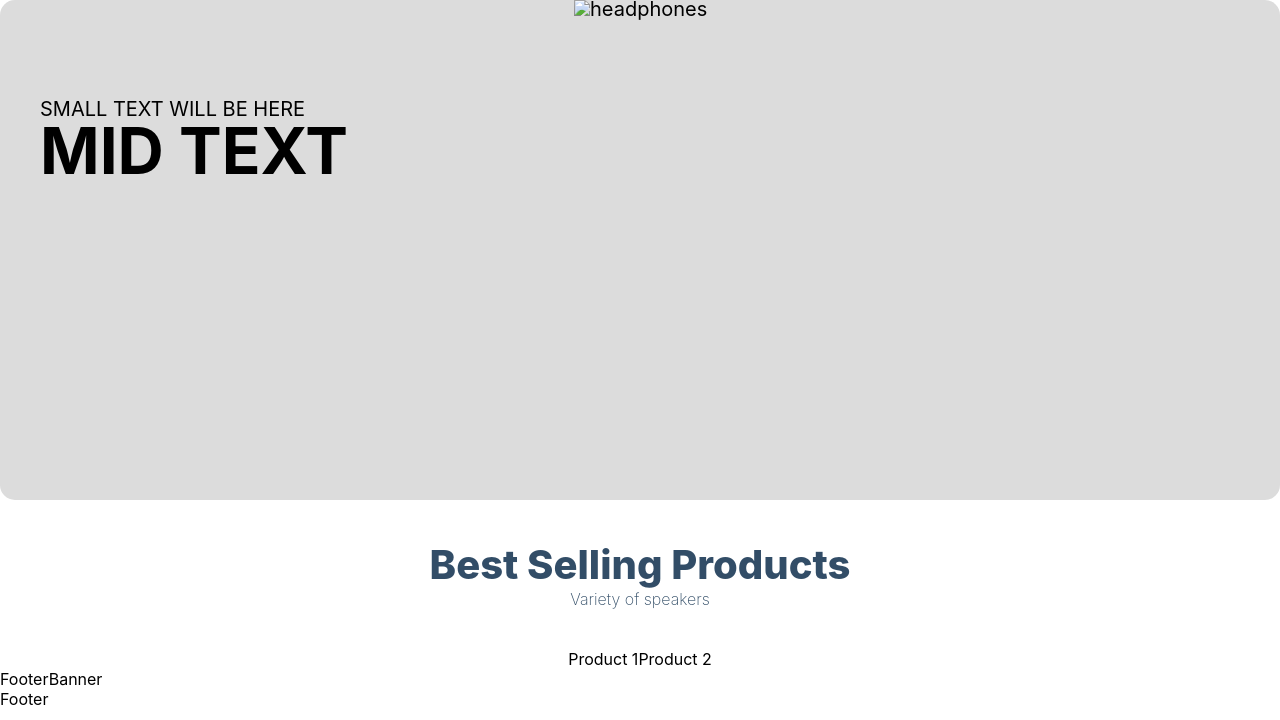
Repository: Ayush-dixit-15/AD_Headphones
Page: /
The author's editor kept a copy of each file at every save. The page is drawn from the files as they stood at one save, then again after the next save.
The browser window is 1280 px wide. The pictures show the whole page.
The project was rebuilt for these pictures with package versions that can differ from the ones it lists, and the page was loaded fresh each time. The framework's server and built-in components were replaced by stand-ins that run in the browser. Also part of the build but not shown: next.config.js, components/Layout.jsx, components/Navbar.jsx, components/Product.jsx.

Above is the page before, as saved 2022-07-20 14:27:12.

After the next save:
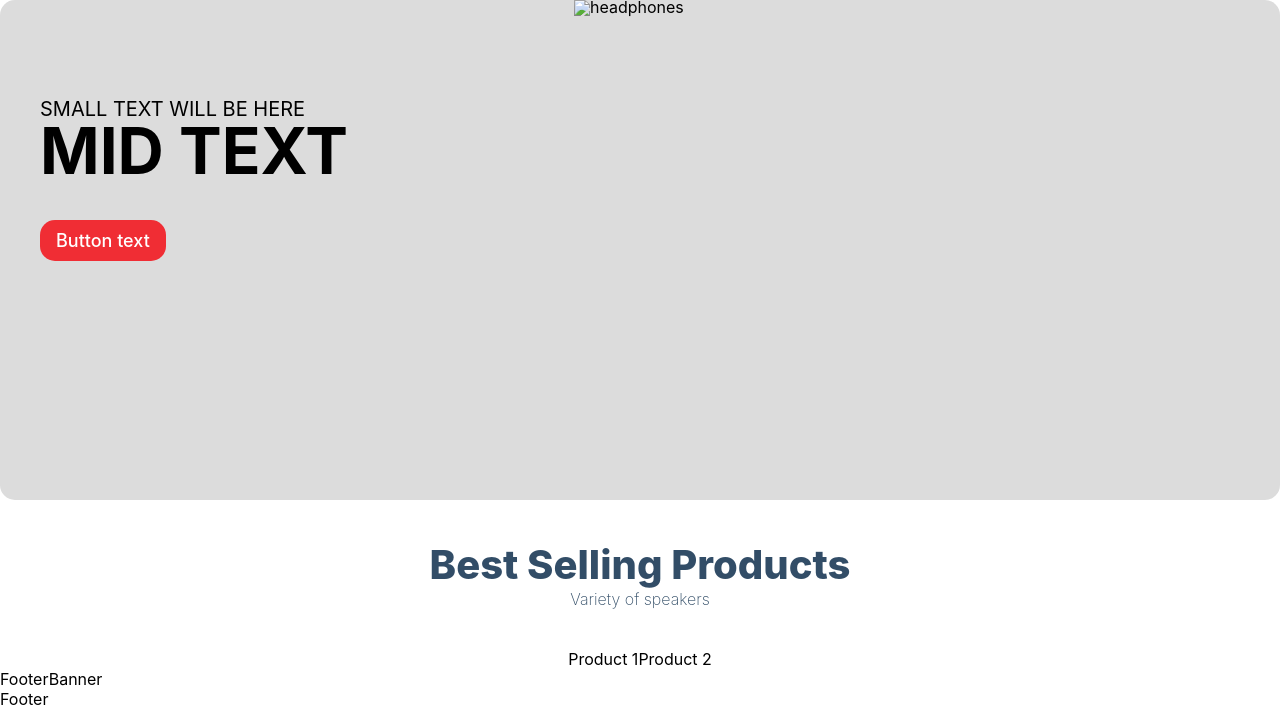
Saved 2 min 2 s later.
--- a/components/MainBanner.jsx
+++ b/components/MainBanner.jsx
@@ -1,3 +1,4 @@
+import Link from 'next/link'
 import React from 'react'
 
 const MainBanner = () => {
@@ -6,11 +7,17 @@ const MainBanner = () => {
       <div>
         <p className="beats-solo">
           SMALL TEXT WILL BE HERE
+          </p>
           <h3>
             MID TEXT
           </h3>
           <img src="" alt="headphones" className='hero-banner-image'/>
-        </p>
+          <div>
+            <Link href = "/product/ID">
+              <button type="button">Button text</button>
+            </Link>
+
+          </div>
       </div>
     </div>
   )
